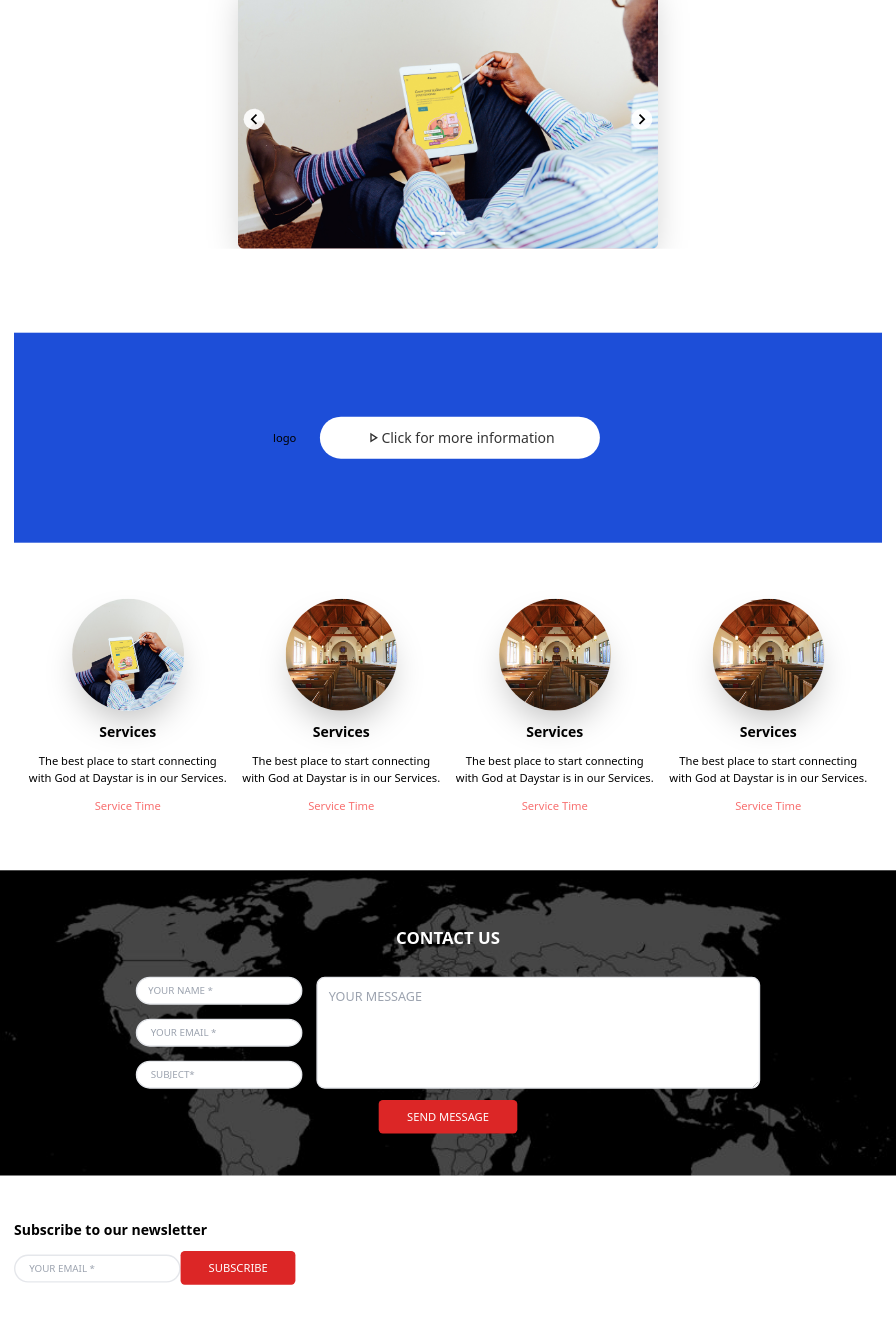
Repository: hisreal123/godschamber
Page: /
These files come from the project's save history. The page is drawn as it stood at one moment and after the next save; the edit follows.
The browser window is 1280 px wide. The pictures show the part of the page from y = 1755 to 3675 px (the page is 3675 px tall), at 70% of full size.
The project was rebuilt for these pictures with package versions that can differ from the ones it lists, and the page was loaded fresh each time. The framework's server and built-in components were replaced by stand-ins that run in the browser. Also part of the build but not shown: next.config.js.

Above is the page before, as saved 2023-03-31 18:13:31.

### src/app/layout.tsx
import './globals.css'


export const metadata = {
  title: 'Welcome to Godschambers e-church ',
  description: 'Get closer to Your father ',
}

export default function RootLayout({
  children,
}: {
  children: React.ReactNode
}) {
  return (
    <html lang="en">
      <body>
        {children}
      </body>
    </html>
  )
}

### src/app/page.tsx
"use client"
import React, { lazy, useState } from 'react'
import { Inter } from 'next/font/google'


// context
import { SideBarContext } from './components/context/SidebarContext'


// Font
const inter = Inter({ subsets: ['latin'] })

// LazyLoading
const Header = lazy(() => import('./components/Header'))
const Sidebar = lazy(() => import('./components/Sidebar'))
const Banner = lazy(() => import('./components/Banner'))
const Quote = lazy(() => import('./components/Quote'))
const HopeCards = lazy(() => import('./components/HopeCards'))
const Events = lazy(() => import('./components/Events'))
const More = lazy(() => import('./components/More'))
const ContactUs = lazy(() => import('./components/ContactUs'))


// Export....
export default function Home() {

  const [Open, setOpen] = useState(false)

  return (
    <main className="w-screen overflow-hidden relative">
      <SideBarContext.Provider value={{ Open, setOpen }}>
        <Header />
        <Sidebar />
      </SideBarContext.Provider>
      <Banner />
      <Quote />
      <HopeCards />
      <Events />
      <More />
      <ContactUs />
    </main>
  )
}

### src/app/globals.css
@tailwind base;
@tailwind components;
@tailwind utilities;


/* slider Components*/

### src/app/components/context/SidebarContext.tsx
import { createContext } from "react";


 type SideBarProps  = {
    Open: boolean
    setOpen :  any
}

export const SideBarContext = createContext( {} as  SideBarProps)

### src/app/components/Header.tsx
import { SideBarNav } from './SideBarNav';
import React, { useState, useEffect, useContext } from 'react'
import { SideBarContext } from './context/SidebarContext'
import { menuIcon } from './SvgIcons/SvgIcons'
import { motion } from 'framer-motion'

export default function Header() {

  const [scrollY, setScrollY] = useState(0)
  const { Open, setOpen } = useContext(SideBarContext)
  const toggleSideBar = () => setOpen(!Open)


  useEffect(() => {
    const handleScroll = () => {
      setScrollY(window.scrollY);
    }

    window.addEventListener("scroll", handleScroll);

    return () => {
      window.removeEventListener("scroll", handleScroll);
    };
  }, [])

  const backgroundColor = scrollY > 100 ? 'bg-indigo-500' : 'transparent';

  return (
    <div
      className={` ${backgroundColor} transition h-20 transparent fixed w-screen drop-shadow-lg z-20`}>
      <div className="container px-10 md:px-0 h-full mx-auto flex justify-between items-center">

        {/* logo here*/}
        <a className="" href="#">logo</a>

        {/* menu Links */}
        <SideBarNav toggleSideBar={toggleSideBar} style='hidden px-10 py-16 bg-gray-800 z-10
            md:relative md:flex md:p-0 md:bg-transparent md:flex-row md:space-x-6' liStyle='md:text-xs' />

        <div className="flex items-center md:hidden">
          <button className="text-white text-4xl font-bold opacity-70 hover:opacity-100 duration-300"
            onClick={toggleSideBar}>
            {menuIcon}
          </button>
        </div>
      </div>
    </div>
  )
}

### src/app/components/Sidebar.tsx
import React, { useMemo, useContext, lazy } from 'react'
import { SideBarContext } from './context/SidebarContext'
import { SideBarNav } from './SideBarNav'
// import { motion } from 'framer-motion'

export default function Sidebar() {

  const { Open, setOpen } = useContext(SideBarContext)
  const toggleSideBar = () => setOpen(!Open)

  return (
    <div
      className="wrapper md:hidden transition ">
      <div

        className={Open ? " transition w-1/2 bg-slate-400 fixed top-0 bottom-0 right-0 shadow-lg z-[100]" : 'hidden '}>
        <SideBarNav toggleSideBar={toggleSideBar} style='relative h-screen bg-gradient-to-r from-violet-600 via-violet-600 to-indigo-600 w-full pt-20' liStyle=' inline-block  p-2  mt-1 text-xs w-full font-lighter opacity-2  ' />
      </div>

      {/* overlay */}
      <div className={Open ? " h-screen bg-black bg-opacity-50 z-10 fixed w-screen top-0 " : 'hidden '} onClick={toggleSideBar}></div>
    </div>
  )
}

### src/app/components/Banner.tsx
import { ClickButton } from './ClickButton';
import React from 'react'
import VideoPlayer from './VideoBackground'
import { motion as m } from 'framer-motion'

import { Watch, location } from './SvgIcons/SvgIcons'
import { BannerPlace } from './animation/animations';

export default function Banner() {
  return (
    <>
      <div className="wrapper h-screen">
        <div className="absolute flex items-center h-screen w-screen justify-center">
          <div className="wrap">

            <div className="text text-white text-center ">
              <m.h1
                variants={BannerPlace}
                initial="hide"
                animate="show"
                transition={{ duration: 2.5, type: "spring", stiffness: 100 }}
                className='text-4xl md:text-6xl font-light mb-5 md:mb-6 '>
                A PLACE FOR YOU
              </m.h1>
              <div className="desc mb-8 text-md md:text-2xl"> Join us this weekend </div>
            </div>

            <div className="btn flex flex-col md:flex-row md:items-center  md:space-x-2 md:w-[500px] md:mx-auto ">
              <ClickButton icon={location} title='Find a location' href="/" style=" flex  items-center justify-center space-x-5 rounded-full bg-red-600 hover:bg-red-800 text-white py-2 px-2 text-center md:w-[70%] md:mx-auto md:py-4 md:px-5  md:space-x-0 md:text-sm" />
              <ClickButton icon={Watch} title='Find a location' href="/" style=" flex  items-center justify-center space-x-5 rounded-full bg-red-600 hover:bg-red-800 text-white py-2 px-2 text-center mt-5 md:w-[70%] md:text-xl md:mx-auto md:mt-0 md:mx-auto md:py-4 md:px-5 md:space-x-0 md:text-sm" />
            </div>
          </div>
        </div>
        <VideoPlayer />
      </div>
    </>
  )
}

### src/app/components/Quote.tsx
import React from 'react'
export default function Quote() {
  return (
    <>
      <div className="container mx-auto py-10 text-center  md:py-14 relative -z-50 md:w-3/4">
        <h2 className='mb-5 md:text-3xl font-bold'> WELCOME TO THE CHURCH</h2>

        <div className="welcomeMessage px-5 flex flex-col ">
          <span className='text-4xl font-bold text-gray-500 md:text-6xl self-start '>
            &quot;
          </span>
          <p className='text-xs md:text-lg '>
            God has given us a mandate to raise role models, and He has indeed been faithful, backing our dedication and hard work with a great harvest of transformed lives. It is top priority for us that you partake of wholesome worship, edifying messages to build you up and positive interactions. We invite you to tour our website and get to know us a bit better - our service times, locations and membership. There are also links should you wish to support our ministry by giving. We look forward to having the pleasure of hosting you and your family soon, either in person at one of our campuses or virtually.
            In Christ, <b>Sam & Nike Adeyemi.</b>
          </p>
          <span className='text-4xl font-bold text-gray-500 md:text-6xl self-end '>
            &quot;
          </span>

        </div>

      </div>
    </>
  )
}

### src/app/components/HopeCards.tsx
import React, { lazy } from 'react'


const Cards = lazy(() => import('./CardsComponents'))

export default function HopeCards() {
  return (
    <>
      <div className="wrapper  relative z-0">
        <div className="Container px-5">

          <div className="top text-center">
            <h1 className='text-lg md:text-lg lg:text-xl font-bold mb-3'>HOPE FOR TODAY</h1>
            <p className=' italic font-light text-gray-500'>Inspiring resources to become a better you.</p>
          </div>
          <div className="CardWrapper grid grid-cols-1 gap-5 md:grid-cols-2 lg:grid-cols-4 mt-5">
            <Cards imgSrc="/assets/img1.jpg" text="Get Inspired:Message Series" alt=" Get inspired" mainStyle="flex flex-col bg-white overflow-hidden  w-full shadow-md" topStyle='' btmStyle=' py-4  px-2 ' textStyle='text-md text-red-700 md:text-lg lg:text-xl' />
            <Cards imgSrc="/assets/img2.jpg" text="Get Inspired:Message Series" alt=" Get inspired" mainStyle="flex flex-col bg-white overflow-hidden  w-full shadow-md" topStyle='' btmStyle=' py-4  px-2 ' textStyle='text-md text-red-700 md:text-lg lg:text-xl' />
            <Cards imgSrc="/assets/img3.jpg" text="Get Inspired:Message Series" alt=" Get inspired" mainStyle="flex flex-col bg-white overflow-hidden  w-full shadow-md" topStyle='' btmStyle=' py-4  px-2 ' textStyle='text-md text-red-700 md:text-lg lg:text-xl' />
            <Cards imgSrc="/assets/img4.jpg" text="Get Inspired:Message Series" alt=" Get inspired" mainStyle="flex flex-col bg-white overflow-hidden  w-full shadow-md" topStyle='' btmStyle=' py-4  px-2 ' textStyle='text-md text-red-700 md:text-lg lg:text-xl' />
          </div>
        </div>
      </div>
    </>
  )
}

### src/app/components/Events.tsx
import React from 'react'
import Carousel from './Carousel/Carousel'

export default function Events() {
    return (
        <>
            <section className='Container px-5'>
                <h1 className="my-8 font-bold text-2xl "> Event ..</h1>

                <div className="Carousel-ShowCase">
                    <Carousel />
                </div>
            </section>
        </>
    )
}

### src/app/components/ContactUs.tsx
import React from 'react'
import Newsletter from './Newsletter'

export default function ContactUs() {
    return (
        <>
            <div>

                <section className=" bg-[url('/assets/map_black.jpeg')] bg-cover bg-no-repeat bg-top px-5 py-10 h-auto">
                    <h1 className='text-center my-10 text-white font-bold  text-2xl'>CONTACT US </h1>

                    <form action="" className=' flex flex-col md:flex-row'>
                        <div className='  md:w-[90%] md:mx-auto md:flex md:flex-col md:items-center'>
                            <div className=" md:flex md:w-[80%] md:mx-auto md:space-x-5 w-full relative ">
                                <div className="flex md:w-[60%] md:flex-1 flex-col justify-center space-y-5 relative">
                                    <input type="text" placeholder='YOUR NAME *' className='text-sm rounded-3xl px-4 py-2 hover:first-letter:border-red-300 border-2 outline-none  md:w-full' />
                                    <input type="email" placeholder=' YOUR EMAIL *' className='text-sm rounded-3xl px-4 py-2 hover:first-letter:border-red-300 border-2 outline-none' />
                                    <input type="text" placeholder=' SUBJECT*' className='text-sm rounded-3xl px-4 py-2 hover:first-letter:border-red-300 border-2 outline-none ' />
                                </div>
                                <textarea placeholder='YOUR MESSAGE' className='text-sm rounded-xl px-4 py-3 hover:first-letter:border-red-300 border-2 outline-none mt-5 md:mt-0 md:text-md lg:text-lg mx-auto w-full' rows={4} />
                            </div>

                            <button type='submit' className='self-center md:w-fit rounded-md bg-red-600 hover:bg-red/60  px-4 py-3 w-full mt-4 mb-5 md:text-white lg:px-10 hover:bg-red-800 md:font-light '>SEND MESSAGE</button>
                        </div>
                    </form>

                </section>




                {/* Adding newsletter component here  */}
                <Newsletter />
            </div>
        </>
    )
}

### src/app/components/SideBarNav.tsx
import React from "react";
import {home,
    Contact,
    Watch,
    Care,
    Give,
    Blog} from './SvgIcons/SvgIcons'

type SideBarNavProps = {
    toggleSideBar : () => { }
    style?:  string
    liStyle? : string
}

export function SideBarNav({liStyle, style, toggleSideBar}: SideBarNavProps) {
  return <div className="">
    <ul className={` ${style} `}>

        <li>
            <a className={`${liStyle} flex items-center  text-white opacity-70 hover:opacity-100 duration-300`} href="#">
                <span className="font-light mr-2  ">
                {home}
                </span>
                ABOUT</a>
        </li>
        <li>
            <a className={`${liStyle} flex items-center  text-white opacity-70 hover:opacity-100 duration-300`} href="#">
            <span className="font-light mr-2  ">
                {Contact}
                </span>
                CONNECT</a>
        </li>
        <li>
            <a className={`${liStyle} flex items-center  text-white opacity-70 hover:opacity-100 duration-300`} href="#">
            <span className="font-light mr-2  ">
                {Watch}
                </span>
                WATCH</a>
        </li>

        <li>
            <a className={`${liStyle} flex items-center  text-white opacity-70 hover:opacity-100 duration-300`} href="#">
            <span className="font-light mr-2  ">
                {Care}
                </span>
                CARE</a>
        </li>

        <li>
            <a className={`${liStyle} flex items-center  text-white opacity-70 hover:opacity-100 duration-300`} href="#">
            <span className="font-light mr-2  ">
                {Give}
                </span>
                GIVE</a>
        </li>
        <li>
            <a className={`${liStyle} flex items-center  text-white opacity-70 hover:opacity-100 duration-300`} href="#">
            <span className="font-light mr-2  ">
                {Blog}
                </span>
                BLOG</a>
        </li>

        </ul>
    </div>
}

### src/app/components/ClickButton.tsx
import React from "react";


type clickButton = {
  style: string
  title : string
  href: string
  icon?: string | any}


export function ClickButton({icon, style, title, href}  : clickButton) {
  return <>
    <a href={href} className={`${style}`}>
      {icon  ? (
        <>
          <span>
            {icon}
          </span>
          <p>{title}</p>
        </>
      ) : ( `
        ${title}
      `)}
    </a>
    {/* <a href="" className=""> Watch Online</a> */}
  </>;
}

### src/app/components/VideoBackground.tsx
import { useState } from 'react'

const VideoPlayer = () => {


  return (
    <div className='vBackground'>
      <video
         src="./assets/churchVideo.mp4"
         className="h-screen w-screen object-cover"
         loop
         autoPlay
         muted
      />
    </div>
  )
}

export default VideoPlayer

### src/app/components/animation/animations.ts



export const BannerPlace = {
    hide: {  y: 4 ,opacity: 0,scale: 0},
    show: {
        y: 0,
        opacity: 1,
        scale: 1,
        transition: {
          duration: 0.2,
          staggerChildren: 0.2
        }
      }
}

### src/app/components/CardsComponents.tsx
import Image from 'next/legacy/image'
import Link from 'next/link';
import React from 'react'


const ImageStyle = {
  height: ' 100%',
  width: ' 100%'
};

type CardComponentProps = {
  text: string
  desc?: string
  imgSrc: string
  mainStyle: string
  topStyle?: string
  btmStyle?: string,
  textStyle: string,
  alt?: string
  href?: string
  hrefTitle?: string
  descStyle?: string
  hrefStyle?: string
}
export default function CardsComponents({
  text,
  desc,
  imgSrc,
  alt,
  href,
  hrefTitle,
  mainStyle,
  topStyle,
  btmStyle,
  textStyle,
  descStyle,
  hrefStyle,
}: CardComponentProps) {

  return (
    <>
      <Link href="#" >
        <div className={`${mainStyle} container`}>
          <div className={`${topStyle} top`}>
            <Image
              src={imgSrc}
              alt={alt}
              height={100}
              width={100}
              layout="responsive"
              objectFit='cover'
              objectPosition="center"
            />
          </div>
          <div className={`${btmStyle} btm`} >
            <h3 className={`${textStyle} btm`}>{text}</h3>
            {desc ? (<p className={descStyle}>{desc}</p>) : null}
            {href ? (<a href={href} className={hrefStyle}>{hrefTitle}</a>) : null}
          </div>
        </div>
      </Link>
    </>
  )
}

### src/app/components/Carousel/Carousel.tsx
import React from 'react'
import Image from 'next/legacy/image'
import { left } from '../SvgIcons/SvgIcons'

const imageData = [
    {
        title: ' First',
        imgSrc: '/assets/img1.jpg'
    },
    {
        title: ' Second',
        imgSrc: '/assets/img2.jpg'
    },
]



export default function Carousel() {



    const [current, setCurrent] = React.useState(0)

    const swipleft = () => {
        const isFirst = current === 0;
        const newIndex = isFirst ? imageData.length - 1 : current - 1;
        setCurrent(newIndex)
    }
    const swipRight = () => {
        const isFirst = current === 0;
        const newIndex = isFirst ? imageData.length - 1 : current - 1;
        setCurrent(newIndex)
    }

    // React.useEffect(() => {
    // setInterval(() => {
    /*  const isFirst = current === 0;
     const newIndex = isFirst ? imageData.length - 1 : current - 1;
     setCurrent(newIndex) */
    // }, 3000)
    // }, [current, setCurrent])


    return (
        <>
            <section className=' overflow-hidden mb-10' >
                <div className=" h-[400px] md:w-[600px] mx-auto  imgWrapper  relative min:h-full  md:m-auto rounded-lg  bg-red-200">
                    <div className='relative h-full rounded-lg overflow-hidden shadow-2xl'>
                        <Image
                            key={current}
                            src={imageData[current].imgSrc}
                            alt=" image 1"
                            height={100}
                            width={100}
                            layout="fill"
                            objectFit='cover'
                            objectPosition="center"
                        />

                        <span className='text-xl cursor-pointer absolute z-10 top-1/2 bg-white/90 rounded-full ml-2' onClick={swipleft}>{left}</span>
                        <span className='text-xl cursor-pointer absolute z-10 top-1/2 bg-white/90 rounded-full mr-2 right-0 rotate-180' onClick={swipRight}>{left}</span>

                        {/* navigator */}
                        <div className="navigatio absolute bottom-5 flex justify-center space-x-2 w-full">
                            {imageData.map((img, index) => (
                                <div key={index}
                                    onClick={swipleft}
                                    className={`${index == current ? ' bg-white h-1 w-5 ' : ' bg-white/70 h-1 w-5'} `}></div>
                            ))}
                        </div>
                    </div>

                </div>
            </section>
        </>
    )
}

### src/app/components/Newsletter.tsx
import React from 'react'


// sendEmail console..
const sendEmail = () => {
    return null;
}


export default function Newsletter() {
    return (
        <>
            <section className='py-16 px-5'>
                <h1 className='font-bold text-3xl lg:text-xl '> Subscribe to our newsletter </h1>

                <form method="post">
                    <input type="email" placeholder=' YOUR EMAIL *' className='text-sm rounded-3xl px-4 py-2 hover:first-letter:border-red-300 border-2 outline-none' />
                    <button type='submit' className='self-center md:w-fit rounded-md bg-red-600 hover:bg-red/60  px-4 py-3 w-full mt-4 mb-5 md:text-white lg:px-10 hover:bg-red-800 md:font-light '> SUBSCRIBE </button>
                </form>
            </section>
        </>
    )
}

Loaded but not shown: tailwind.config.js (18 lines, source omitted); src/app/components/SvgIcons/SvgIcons.tsx (22 lines, source omitted); src/app/components/More.tsx (91 lines, source omitted)

After the next save:
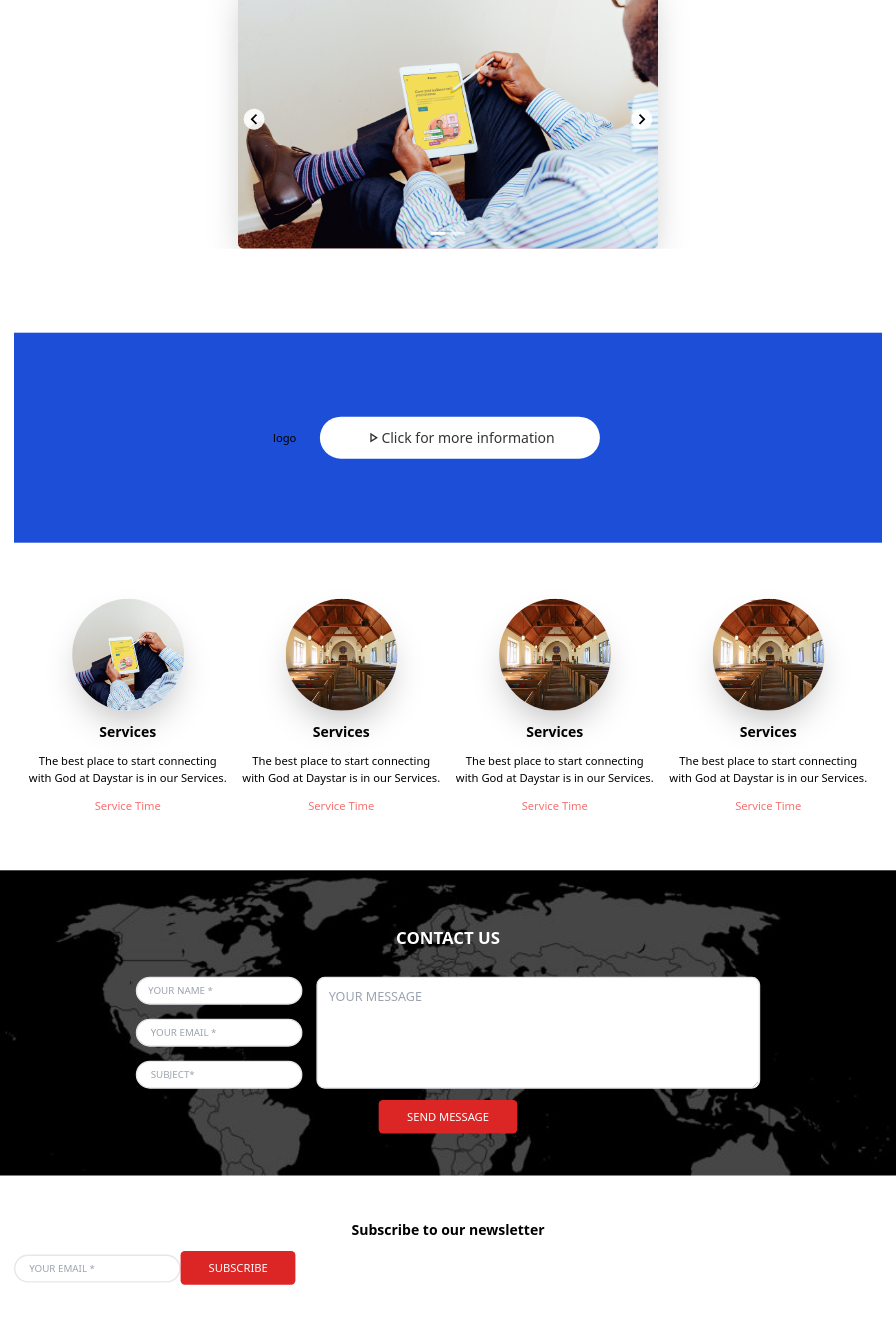
Saved 10 s later.
--- a/src/app/components/Newsletter.tsx
+++ b/src/app/components/Newsletter.tsx
@@ -11,7 +11,7 @@ export default function Newsletter() {
     return (
         <>
             <section className='py-16 px-5'>
-                <h1 className='font-bold text-3xl lg:text-xl '> Subscribe to our newsletter </h1>
+                <h1 className='text-center font-bold text-3xl lg:text-xl '> Subscribe to our newsletter </h1>
 
                 <form method="post">
                     <input type="email" placeholder=' YOUR EMAIL *' className='text-sm rounded-3xl px-4 py-2 hover:first-letter:border-red-300 border-2 outline-none' />
